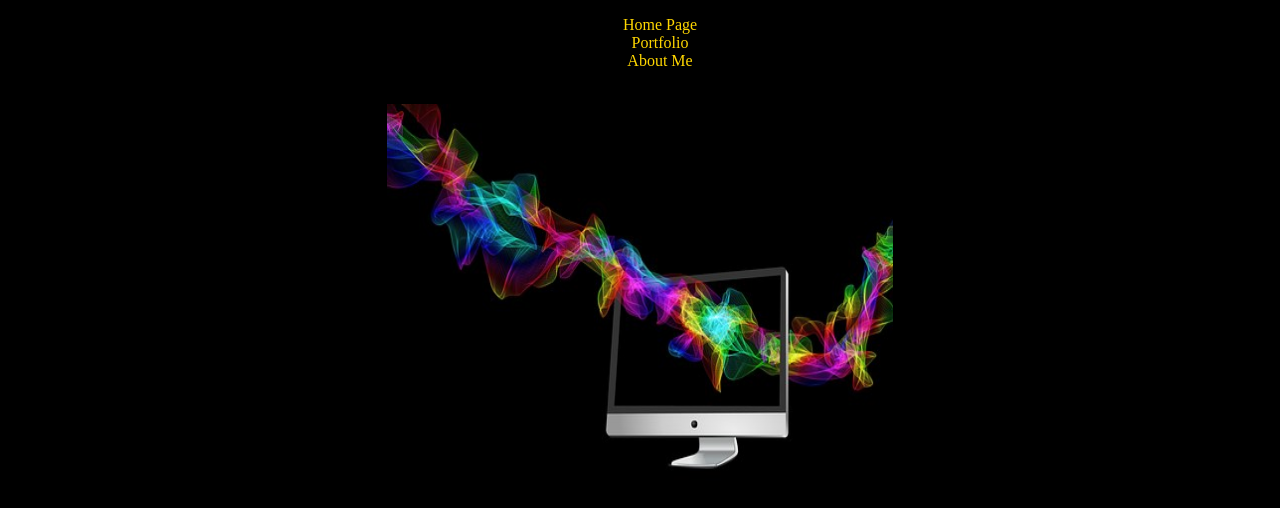
Repository: bluesyrupshed/bluesyrupshed.github.io
Page: index.html
The author's editor kept a record of every edit. The page is drawn from the files as they stood at one moment, then again after the next edit.
The browser window is 1280 px wide. The pictures show the whole page.

Above is the page before.

### index.html
<!DOCTYPE html>
<html>
    <head>
        <title>Home</title>
        <link rel="stylesheet" href="./styles/index.css">
        <style>

          </style>
        </head>
    <body>
        <ul>
        <center><li><a href="index.html">Home Page</h1></a></li>
         <center><li><a href="portfolio.html">Portfolio</a></li></center>
         <center><li><a href="about.html">About Me</a></li></center>
          </ul>
          <br>


        <img src="smadel.jpg" alt="Computer with particles" width="400" height="400">
    </body>

</html>

### styles/index.css
body {
    background-color: rgb(0,0,0);
    list-style: none;
}

img {
  display: block;
  margin-left: auto;
  margin-right: auto;
  width: 40%;
}

a {
  color: #FFD700;
  text-decoration: none;
  display: block;
  margin: auto;
}

After the next edit:
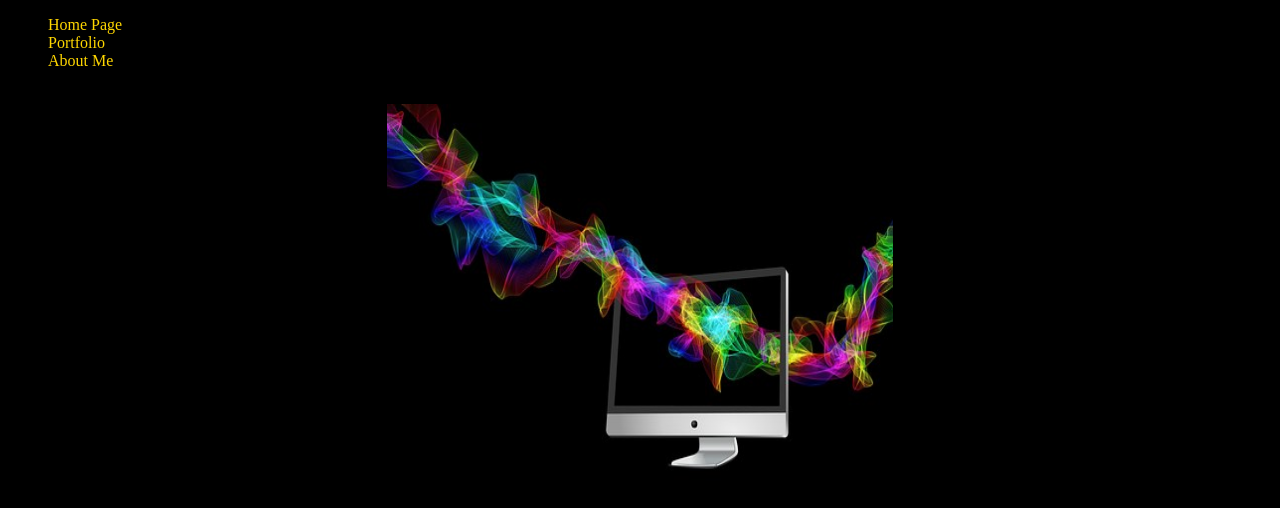
The edit:
--- a/index.html
+++ b/index.html
@@ -9,9 +9,9 @@
         </head>
     <body>
         <ul>
-        <center><li><a href="index.html">Home Page</h1></a></li>
-         <center><li><a href="portfolio.html">Portfolio</a></li></center>
-         <center><li><a href="about.html">About Me</a></li></center>
+        <li><a href="index.html">Home Page</h1></a></li>
+         <li><a href="portfolio.html">Portfolio</a></li>
+         <li><a href="about.html">About Me</a></li>
           </ul>
           <br>
 

After the 2 edits that followed:
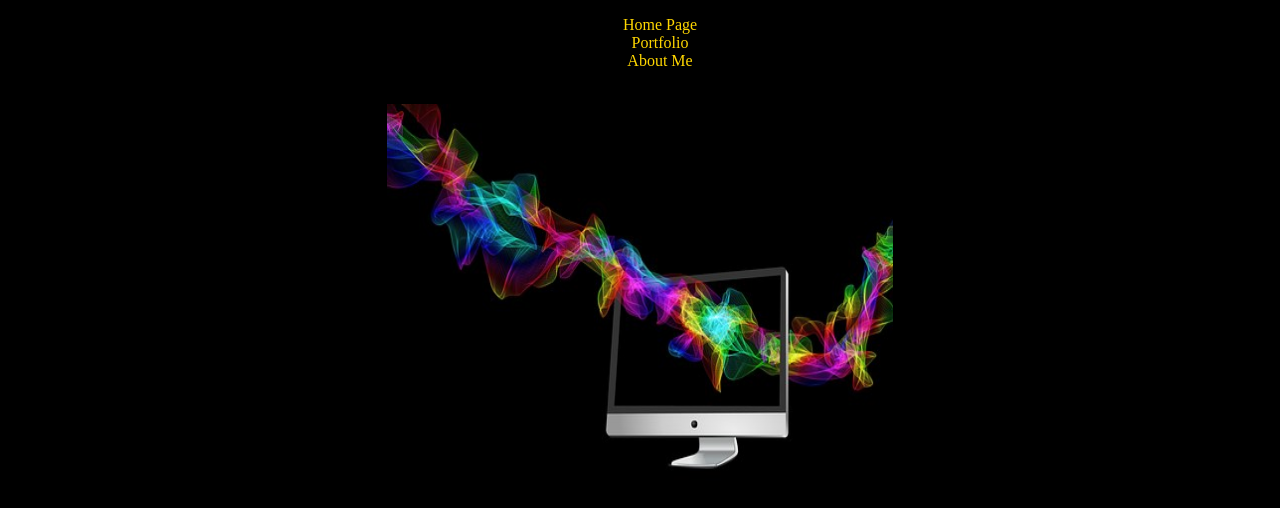
The 2 edits are shown as one change because 1 left the picture as it was.
The edit:
--- a/index.html
+++ b/index.html
@@ -9,9 +9,9 @@
         </head>
     <body>
         <ul>
-        <li><a href="index.html">Home Page</h1></a></li>
-         <li><a href="portfolio.html">Portfolio</a></li>
-         <li><a href="about.html">About Me</a></li>
+        <center><li><a href="index.html">Home Page</h1></a></li></center>
+         <center><li><a href="portfolio.html">Portfolio</a></li></center>
+         <center><li><a href="about.html">About Me</a></li></center>
           </ul>
           <br>
 
